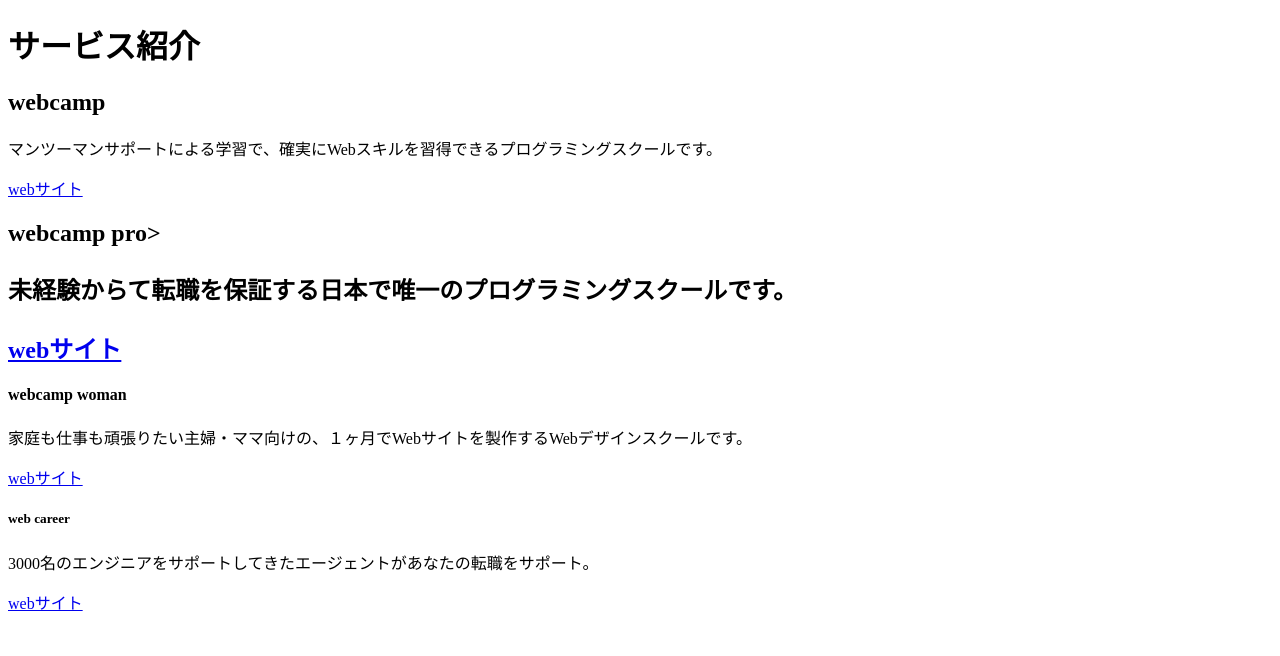
Repository: TKCitoh/html-5-
Page: sample/sample.html
The author's editor kept a record of every edit. The page is drawn from the files as they stood at one moment, then again after the next edit.
The browser window is 1280 px wide. The pictures show the whole page.

Above is the page before.

After the next edit:
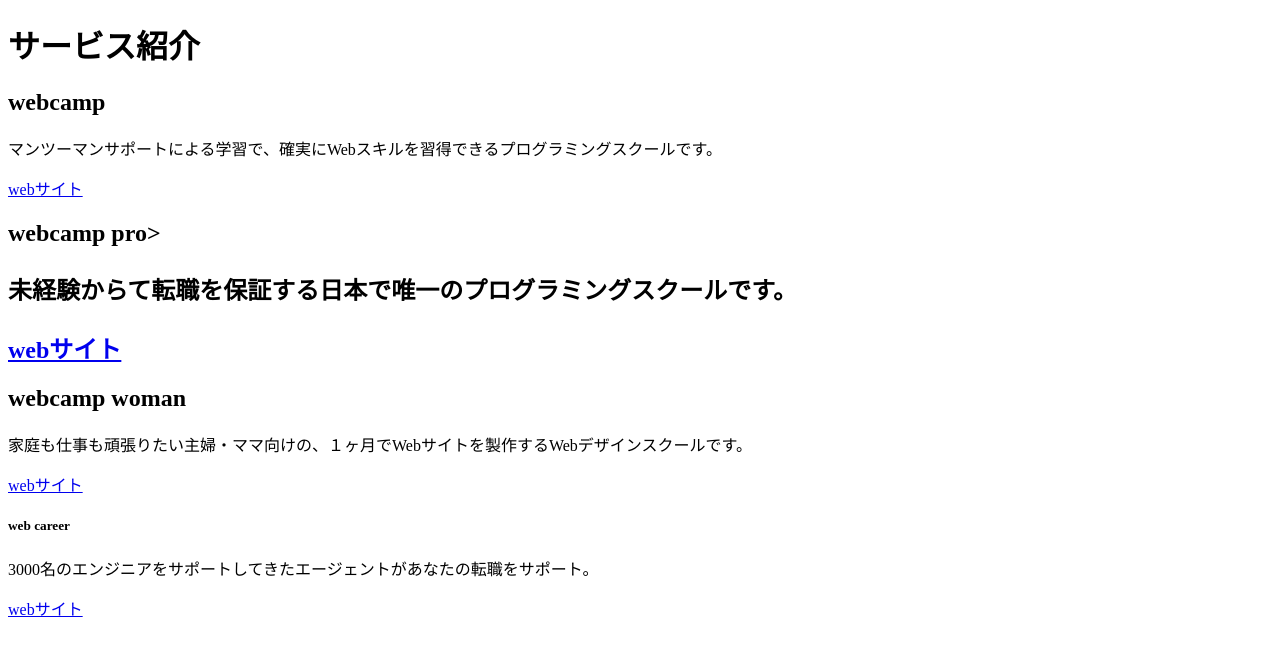
The edit:
--- a/sample/sample.html
+++ b/sample/sample.html
@@ -13,7 +13,7 @@
     <h2>webcamp pro</</h2>>
     <p>未経験からて転職を保証する日本で唯一のプログラミングスクールです。</p>
     <a href="https://web-camp.io/?utm_source=cpc-google&utm_medium=commit-unspecified-brand&utm_term=dmm%20web_e&gclid=EAIaIQobChMIkJqt77ag-AIVM8FMAh23HgM4EAAYASAAEgJRmvD_BwE#">webサイト</a>
-    <h4>webcamp woman</h4>
+    <h2>webcamp woman</h2>
     <p>家庭も仕事も頑張りたい主婦・ママ向けの、１ヶ月でWebサイトを製作するWebデザインスクールです。</p>
     <a href="https://web-camp.io/?utm_source=cpc-google&utm_medium=commit-unspecified-brand&utm_term=dmm%20web_e&gclid=EAIaIQobChMIkJqt77ag-AIVM8FMAh23HgM4EAAYASAAEgJRmvD_BwE#">webサイト</a>
     <h5>web career</h5>
